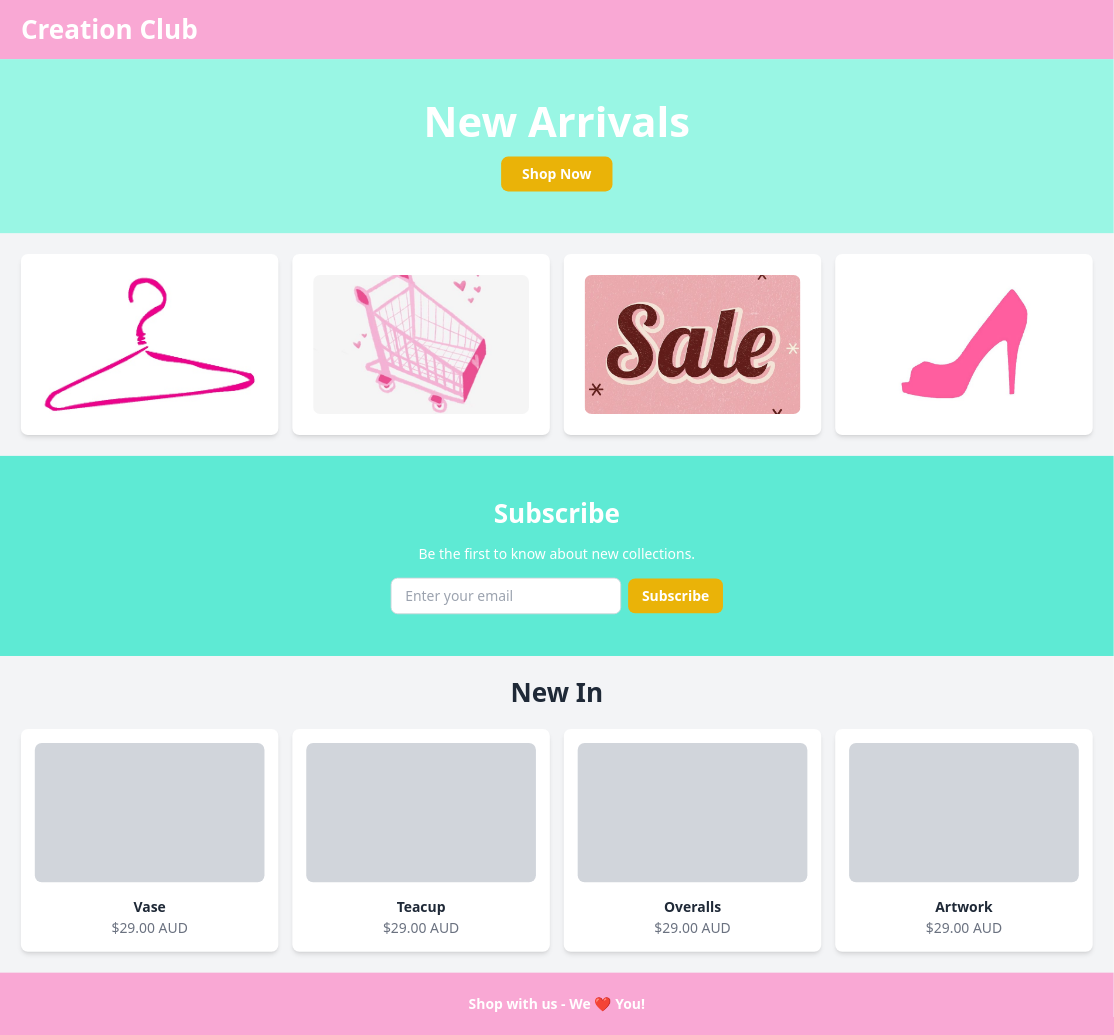
Repository: prathyushaa5/BuyYours
Page: / (app in Frontend/)
The author's editor kept a copy of each file at every save. The page is drawn from the files as they stood at one save, then again after the next save.
The browser window is 1280 px wide. The pictures show the whole page, at 87% of full size.
The project was rebuilt for these pictures with package versions that can differ from the ones it lists, and the page was loaded fresh each time. Also part of the build but not shown: Frontend/vite.config.js, Frontend/src/components/Login.jsx, Frontend/src/components/Signup.jsx, Frontend/src/components/Home.jsx.

Above is the page before, as saved 2025-02-13 17:08:38.

### Frontend/src/App.jsx
import { BrowserRouter as Router, Routes, Route } from "react-router-dom";
import { useState } from "react";
import Main from "./components/Main";
import Login from "./components/Login";
import Signup from "./components/Signup";
import Home from "./components/Home";

export default function App() {
  const [token, setToken] = useState(null);

  const handleLogin = (userToken) => {
    setToken(userToken);
  };

  return (
    <Router>
      <Routes>
        {/* Show Main page first */}
        <Route path="/" element={<Main />} />

        {/* Login Page */}
        <Route path="/login" element={<Login onLogin={handleLogin} />} />

        {/* Signup Page */}
        <Route path="/signup" element={<Signup />} />

        {/* Home Page (Protected) */}
        <Route path="/home" element={token ? <Home /> : <Login onLogin={handleLogin} />} />
      </Routes>
    </Router>
  );
}

### Frontend/src/components/Main.jsx
import image1 from "../assets/cards/hanger.jpeg";
import image2 from "../assets/cards/pink.jpeg";
import image3 from "../assets/cards/sale.jpeg";
import image4 from "../assets/cards/shoes.jpeg";

export default function MainPage() {
  return (
    <div className="bg-gray-100 min-h-screen text-gray-800">
      {/* Navbar */}
      <nav className="bg-pink-300 py-4 px-6 flex justify-between items-center">
        <h1 className="text-3xl font-bold text-white">Creation Club</h1>
      </nav>

      {/* Hero Section */}
      <section className="flex flex-col items-center text-center py-12 bg-teal-200">
        <h2 className="text-5xl font-extrabold text-white mb-4">New Arrivals</h2>
        <button className="bg-yellow-500 px-6 py-2 text-white font-bold rounded-lg hover:bg-yellow-600">Shop Now</button>
      </section>

      {/* Categories (Replaced with Images) */}
      <div className="grid grid-cols-2 md:grid-cols-4 gap-4 p-6">
        {[image1, image2, image3, image4].map((image, index) => (
          <div key={index} className="bg-white p-6 text-center rounded-lg shadow-md">
            <img src={image} alt={`Category ${index + 1}`} className="w-full h-40 object-cover rounded-lg" />
          </div>
        ))}
      </div>

      {/* Subscribe Section */}
      <section className="bg-teal-300 text-center py-12">
        <h3 className="text-3xl font-extrabold text-white mb-4">Subscribe</h3>
        <p className="text-white">Be the first to know about new collections.</p>
        <input type="email" placeholder="Enter your email" className="mt-4 px-4 py-2 rounded-lg border border-gray-300" />
        <button className="ml-2 bg-yellow-500 px-4 py-2 text-white font-bold rounded-lg hover:bg-yellow-600">Subscribe</button>
      </section>

      {/* Products */}
      <section className="p-6">
        <h3 className="text-3xl font-bold text-center mb-6">New In</h3>
        <div className="grid grid-cols-2 md:grid-cols-4 gap-4">
          {["Vase", "Teacup", "Overalls", "Artwork"].map((product, index) => (
            <div key={index} className="bg-white p-4 rounded-lg shadow-md text-center">
              <div className="bg-gray-300 h-40 rounded-lg mb-4"></div>
              <p className="font-bold">{product}</p>
              <p className="text-gray-500">$29.00 AUD</p>
            </div>
          ))}
        </div>
      </section>

      {/* Footer */}
      <footer className="bg-pink-300 text-center py-6 text-white font-bold">
        Shop with us - We ❤️ You!
      </footer>
    </div>
  );
}

Loaded but not shown: Frontend/index.html (common file); Frontend/src/main.jsx (common file); Frontend/src/index.css (common file); Frontend/tailwind.config.js (common file)

After the next save:
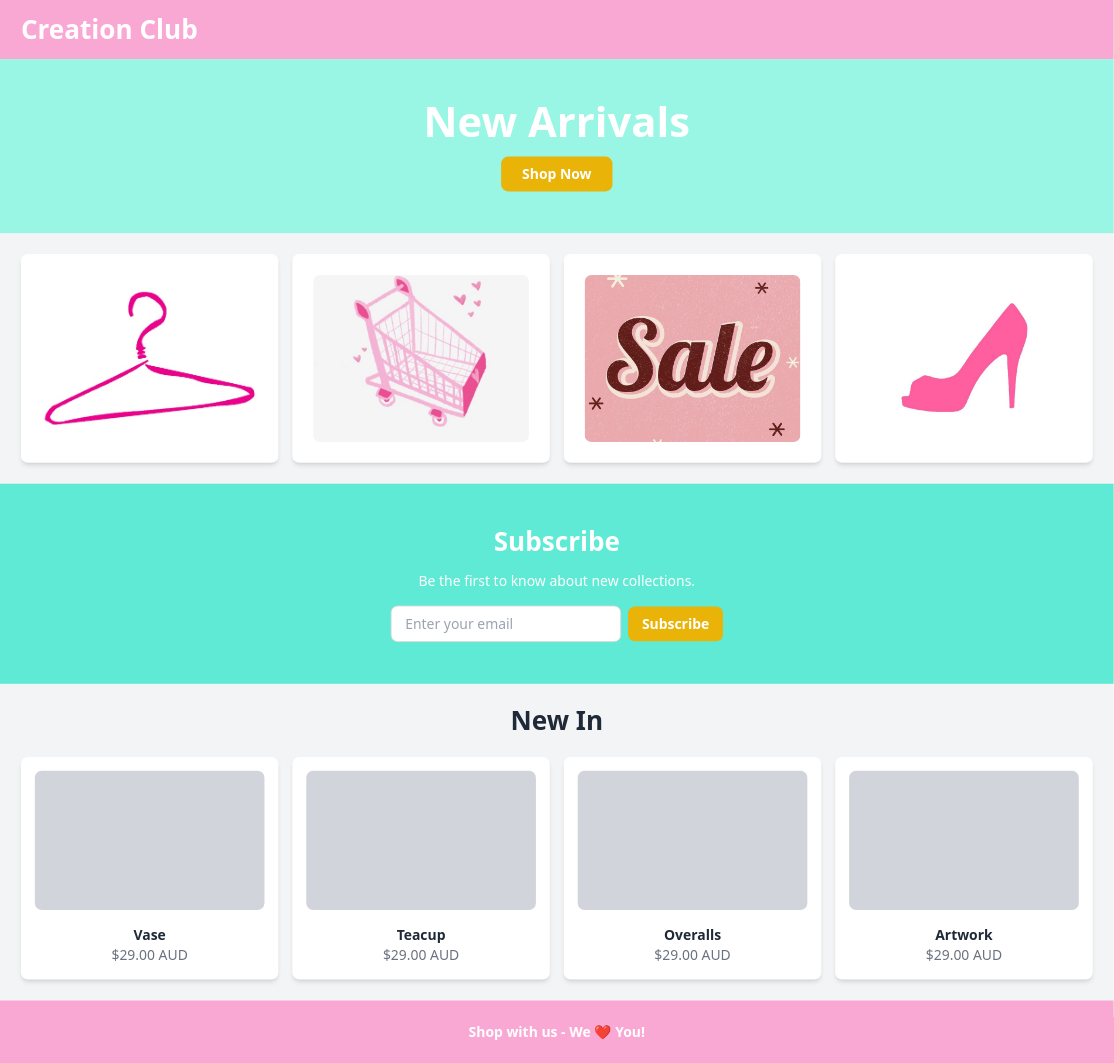
Saved 69 s later.
--- a/Frontend/src/components/Main.jsx
+++ b/Frontend/src/components/Main.jsx
@@ -20,8 +20,8 @@
       {/* Categories (Replaced with Images) */}
       <div className="grid grid-cols-2 md:grid-cols-4 gap-4 p-6">
         {[image1, image2, image3, image4].map((image, index) => (
-          <div key={index} className="bg-white p-6 text-center rounded-lg shadow-md">
-            <img src={image} alt={`Category ${index + 1}`} className="w-full h-40 object-cover rounded-lg" />
+          <div key={index} className="bg-white p-6 text-center rounded-lg shadow-md h-60">
+            <img src={image} alt={`Category ${index + 1}`} className="w-full h-full object-cover rounded-lg" />
           </div>
         ))}
       </div>

After the save that followed:
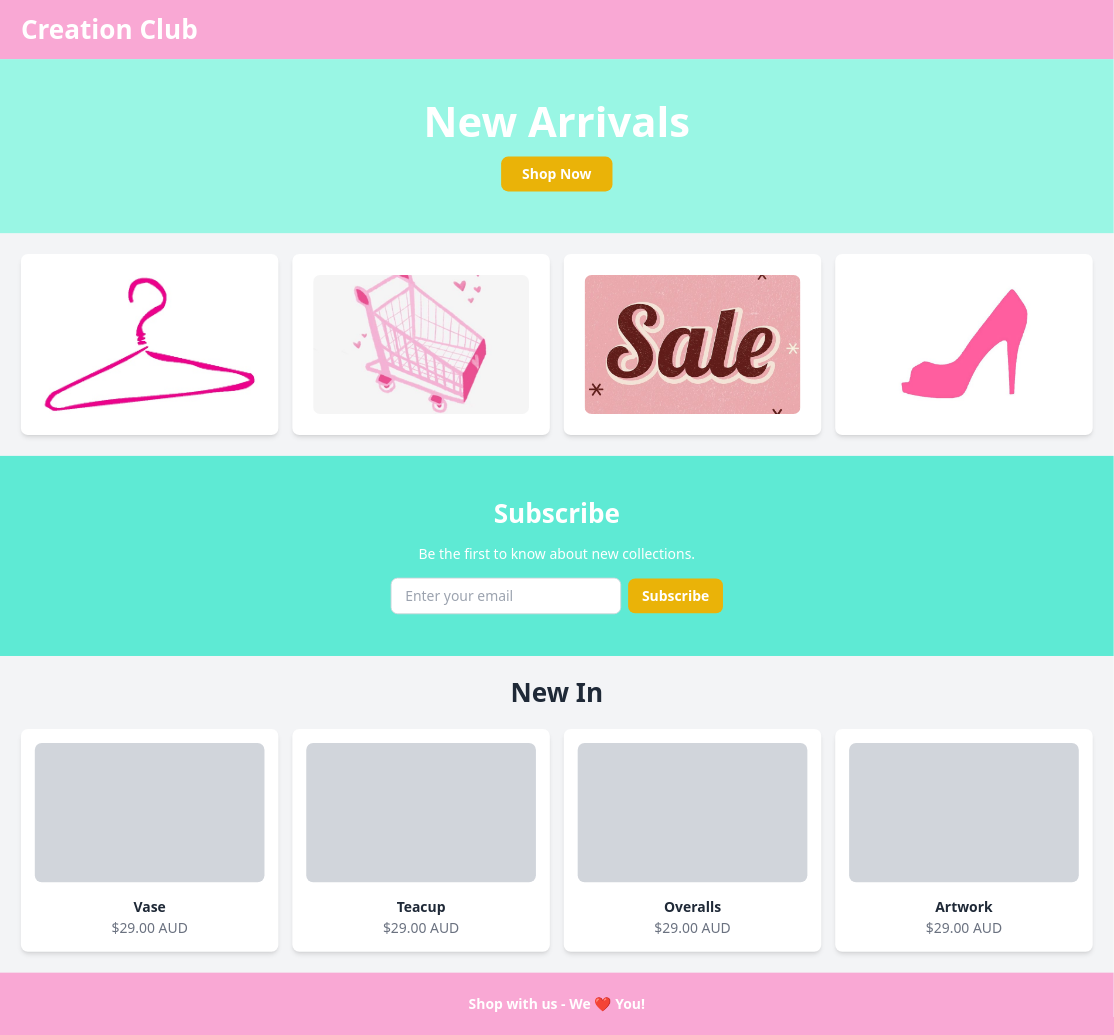
Saved 3 min 3 s later.
--- a/Frontend/src/components/Main.jsx
+++ b/Frontend/src/components/Main.jsx
@@ -20,8 +20,8 @@
       {/* Categories (Replaced with Images) */}
       <div className="grid grid-cols-2 md:grid-cols-4 gap-4 p-6">
         {[image1, image2, image3, image4].map((image, index) => (
-          <div key={index} className="bg-white p-6 text-center rounded-lg shadow-md h-60">
-            <img src={image} alt={`Category ${index + 1}`} className="w-full h-full object-cover rounded-lg" />
+          <div key={index} className="bg-white p-6 text-center rounded-lg shadow-md">
+            <img src={image} alt={`Category ${index + 1}`} className="w-full h-40 object-cover rounded-lg" />
           </div>
         ))}
       </div>
